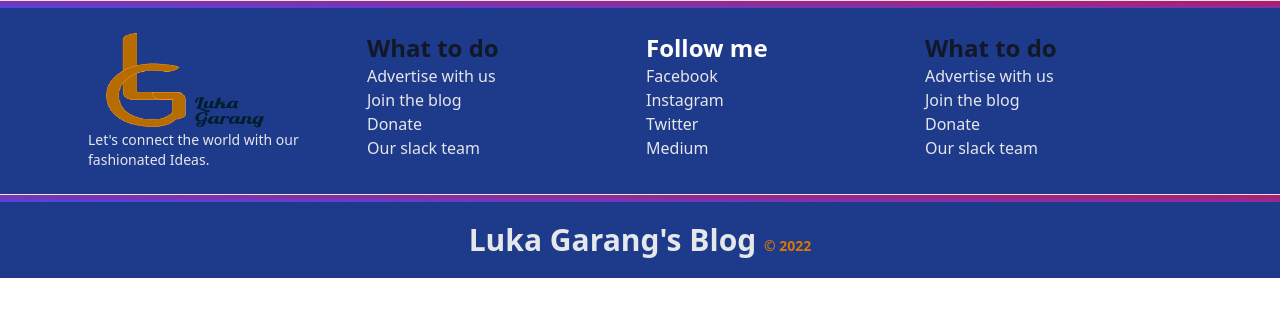
Repository: kenyi-mic/Luka_blog
Page: /footer
The author's editor kept a copy of each file at every save. The page is drawn from the files as they stood at one save, then again after the next save.
The browser window is 1280 px wide. The pictures show the whole page.
The project was rebuilt for these pictures with package versions that can differ from the ones it lists, and the page was loaded fresh each time. The framework's server and built-in components were replaced by stand-ins that run in the browser. Also part of the build but not shown: next.config.js.

Above is the page before, as saved 2022-04-19 10:22:28.

### pages/footer.tsx
import React from 'react'

function footer() {
  return (
    <div className="bg-blue-900">
      <hr className="w-full h-2 bg-gradient-to-tr from-indigo-600 to-pink-700"/>
      <div className="grid grid-cols-1 sm:grid-cols-2 lg:grid-cols-4 lg:gap-3 md:gap-6 p-2 md:p-6 max-w-6xl mx-auto">
       {/* first*/}
       <div  className="">
         <img className="w-44" src="/logo.png" alt="logo" />
         <p className="text-sm text-gray-200">Let's connect the world with our fashionated Ideas.</p>

       </div>
      {/* second*/}
      <div className=" text-gray-200 ">
        <h2 className="text-2xl font-bold text-gray-900 ">What to do</h2>
        <h4>Advertise with us</h4>
        <h4>Join the blog</h4>
        <h4>Donate</h4>
        <h4>Our slack team</h4>
      </div >
       {/* third*/}
       <div className=" text-gray-200 ">
        <h2 className="text-2xl font-bold text-white ">Follow me</h2>
        <h4>Facebook</h4>
        <h4>Instagram</h4>
        <h4>Twitter</h4>
        <h4>Medium</h4>

        </div>

        {/* fourth*/}
        <div  className=" text-gray-200 ">
        <h2 className="text-2xl font-bold text-gray-900 ">What to do</h2>
        <h4>Advertise with us</h4>
        <h4>Join the blog</h4>
        <h4>Donate</h4>
        <h4>Our slack team </h4>
        </div>
      </div>
      <hr className="w-full h-2 bg-gradient-to-tr from-indigo-600 to-pink-700"/>
      <h1 className="text-3xl shadow-green-700 font-bold text-gray-200 text-shadow text-center py-5">Luka Garang's Blog <span className="text-amber-600 text-sm text-extralight">	&copy; 2022</span></h1>
    </div>
  )
}

export default footer

Loaded but not shown: pages/_app.tsx (common file); styles/globals.css (common file); tailwind.config.js (common file)

After the next save:
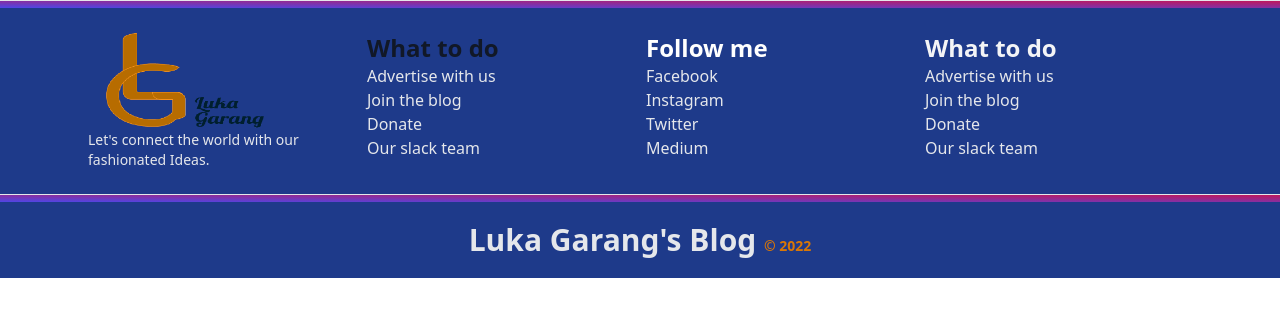
Saved 34 s later.
--- a/pages/footer.tsx
+++ b/pages/footer.tsx
@@ -31,7 +31,7 @@
 
         {/* fourth*/}
         <div  className=" text-gray-200 ">
-        <h2 className="text-2xl font-bold text-gray-900 ">What to do</h2>
+        <h2 className="text-2xl font-bold text-gray-100 ">What to do</h2>
         <h4>Advertise with us</h4>
         <h4>Join the blog</h4>
         <h4>Donate</h4>
